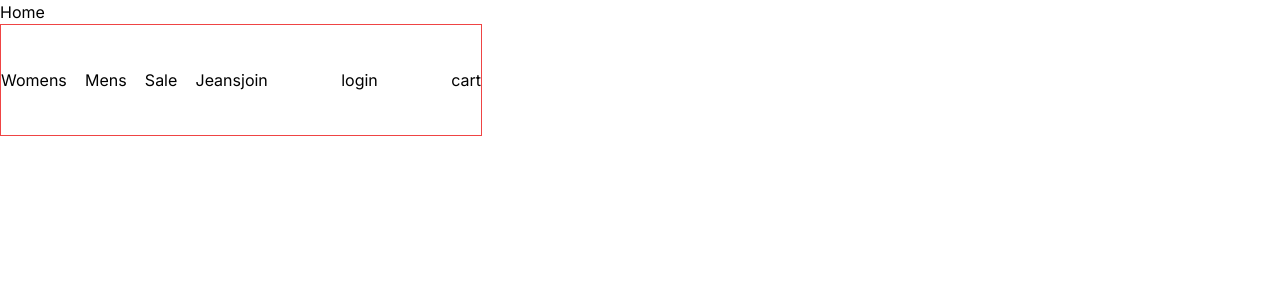
Repository: harrywebb21/stil-clothing
Page: /
These files come from the project's save history. The page is drawn as it stood at one moment and after a run of saves; the edit follows.
The browser window is 1280 px wide. The pictures show the whole page.
The project was rebuilt for these pictures with package versions that can differ from the ones it lists, and the page was loaded fresh each time. The framework's server and built-in components were replaced by stand-ins that run in the browser. Also part of the build but not shown: next.config.js.

Above is the page before, as saved 2023-06-08 15:51:32.

### src/app/page.js
"use client";
import Image from "next/image";
import Navbar from "./components/Navbar";

export default function Home() {
  return (
    <div>
      <h1>Home</h1>
      <Navbar />
    </div>
  );
}

### src/app/components/Navbar.js
export default function Navbar() {
  return (
    <div className=" border border-red-500 h-28 flex justify-between items-center fixed">
      <ul className=" flex justify-between w-60">
        <li>
          <a href="/womens">Womens</a>
        </li>
        <li>
          <a href="/mens">Mens</a>
        </li>
        <li>
          <a href="/sale">Sale</a>
        </li>
        <li>
          <a href="/jeans">Jeans</a>
        </li>
      </ul>

      <ul className="flex justify-between w-60">
        <li>
          <a href="/join">join</a>
        </li>
        <li>
          <a href="/login">login</a>
        </li>
        <li>
          <a href="/cart">cart</a>
        </li>
      </ul>
    </div>
  );
}

### src/app/components/SaleBox.js
export default function SaleBox() {
  return (
    <div className="flex justify-between items-center w-60">
      <h1> Up to 50% off | Summer Sale</h1>
      <button className="bg-black text-white px-4 py-2 rounded">
        Shop Now
      </button>
    </div>
  );
}

Loaded but not shown: src/app/layout.js (common file); src/app/globals.css (common file); tailwind.config.js (common file)

After the next 2 saves:
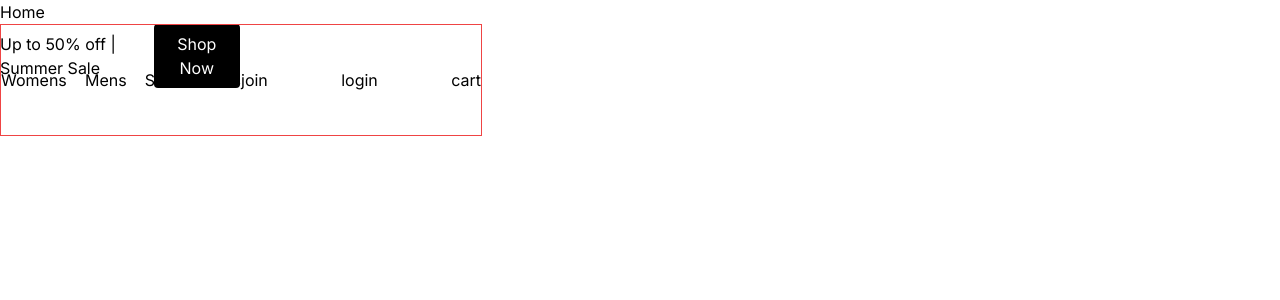
The 2 saves are shown as one change because 1 did not build or start.
The last was saved 19 s later.
--- a/src/app/page.js
+++ b/src/app/page.js
@@ -1,12 +1,14 @@
 "use client";
 import Image from "next/image";
 import Navbar from "./components/Navbar";
+import SaleBox from "./components/SaleBox";
 
 export default function Home() {
   return (
     <div>
       <h1>Home</h1>
       <Navbar />
+      <SaleBox />
     </div>
   );
 }
